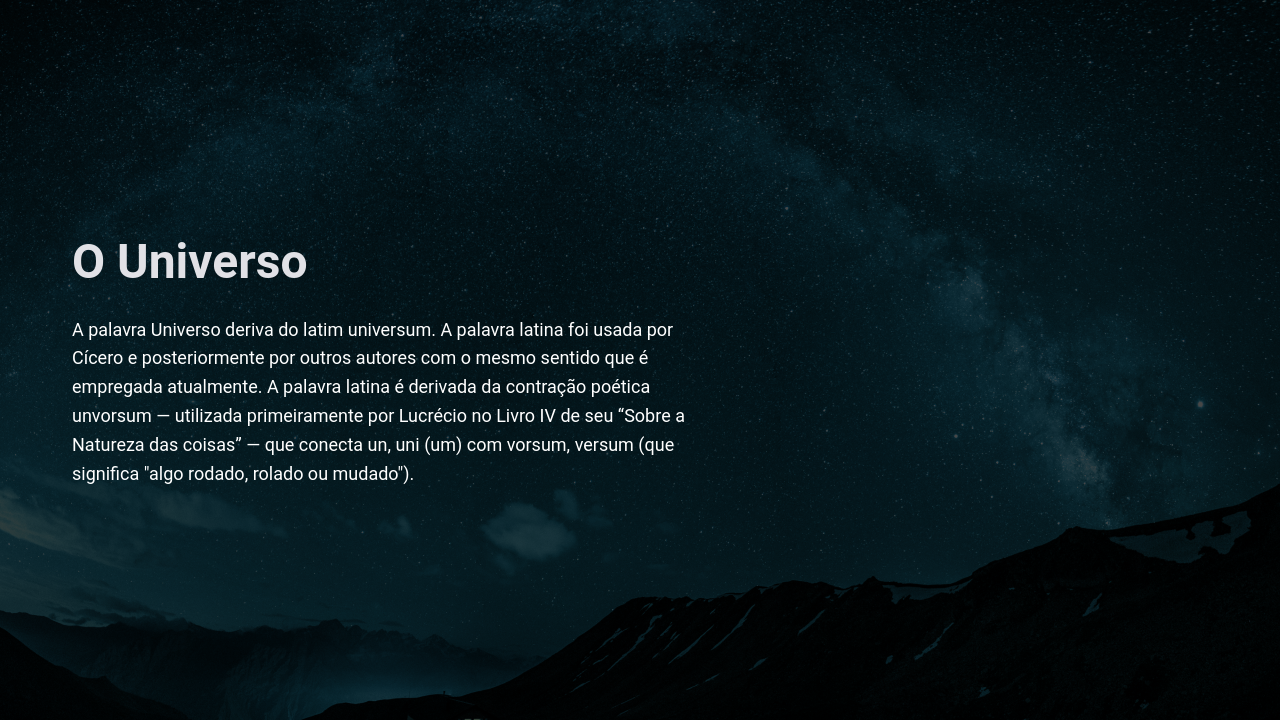
Repository: eltonneiferson/spaUniverse
Page: universe.html
The author's editor kept a copy of each file at every save. The page is drawn from the files as they stood at one save, then again after a run of saves.
The browser window is 1280 px wide. The pictures show the whole page.

Above is the page before, as saved 2022-10-26 23:03:01.

After the next 2 saves:
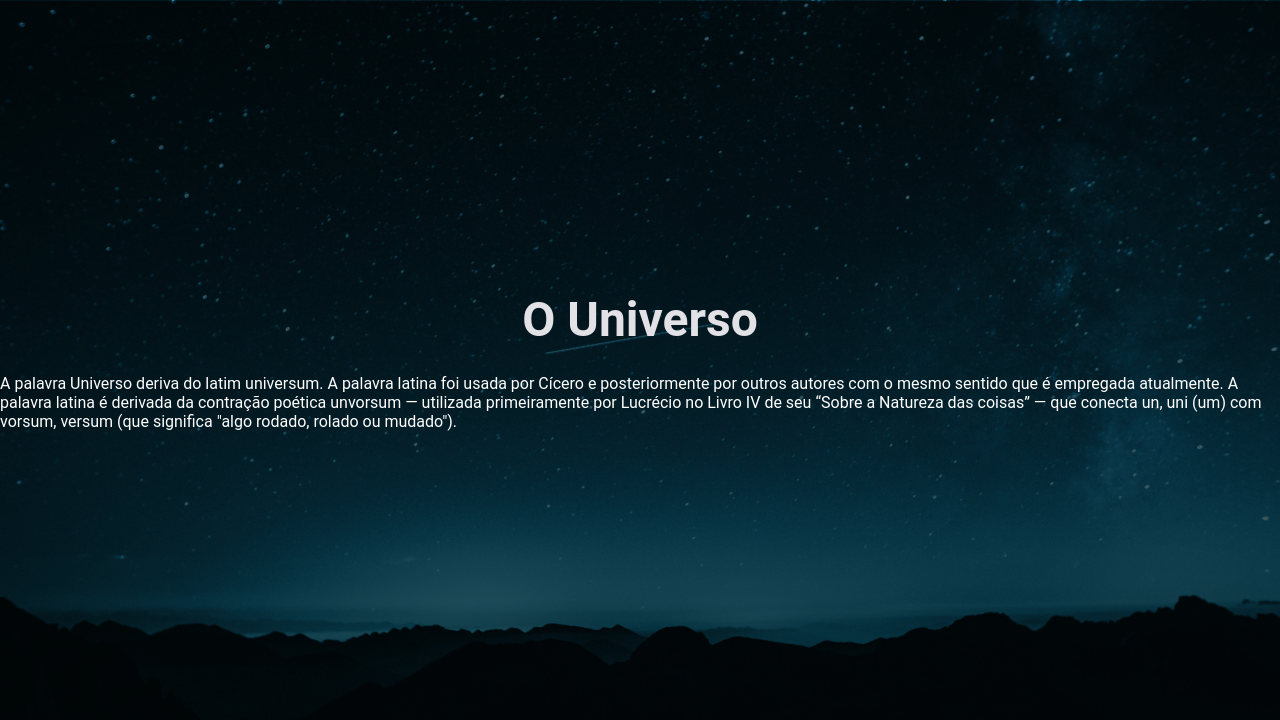
The 2 saves are shown as one change because they came seconds apart.
The last was saved 49 s later.
--- a/index.css
+++ b/index.css
@@ -49,26 +49,6 @@
     place-items: center;
 }
 
-main#universe {
-    width: 100vw;
-    background-image: url(bkg2.png);
-    background-size: cover;
-    background-position: bottom;
-    min-height: 100vh;
-    padding-left: 72px;
-    display: flex;
-    flex-direction: column;
-    align-items: flex-start;
-    justify-content: center;
-}
-
-main#universe p {
-    width: 648px;
-    font-weight: 400;
-    font-size: 18px;
-    line-height: 160%;
-}
-
 main h1 {
     color: var(--font-color-h1);
     font-size: 48px;

After the 4 saves that followed:
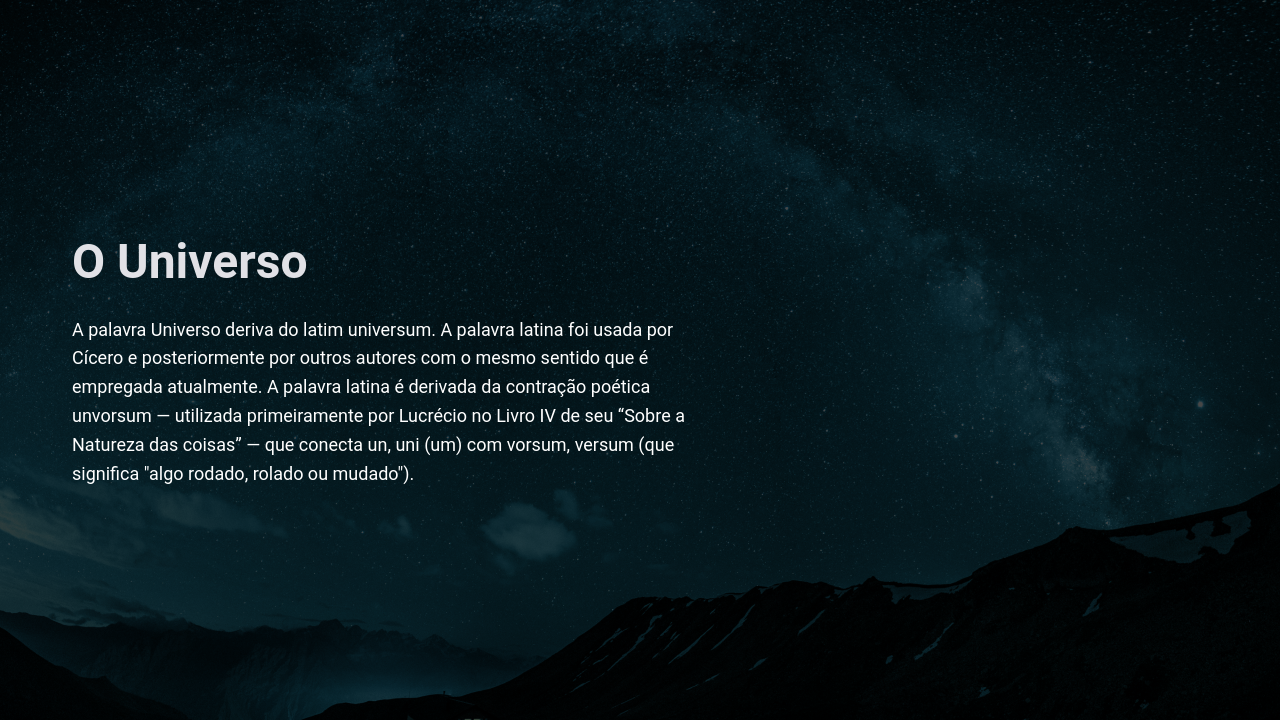
The 4 saves are shown as one change because 1 left the picture as it was and some came seconds apart.
The last was saved 14 s later.
--- a/index.css
+++ b/index.css
@@ -72,3 +72,25 @@
     background: var(--default-font-color);
     color: var(--font-color-hover-button);
 }
+
+/**/
+
+main#universe {
+    width: 100vw;
+    background-image: url(bkg2.png);
+    background-size: cover;
+    background-position: bottom;
+    min-height: 100vh;
+    padding-left: 72px;
+    display: flex;
+    flex-direction: column;
+    align-items: flex-start;
+    justify-content: center;
+}
+
+main#universe p {
+    width: 648px;
+    font-weight: 400;
+    font-size: 18px;
+    line-height: 160%;
+}
